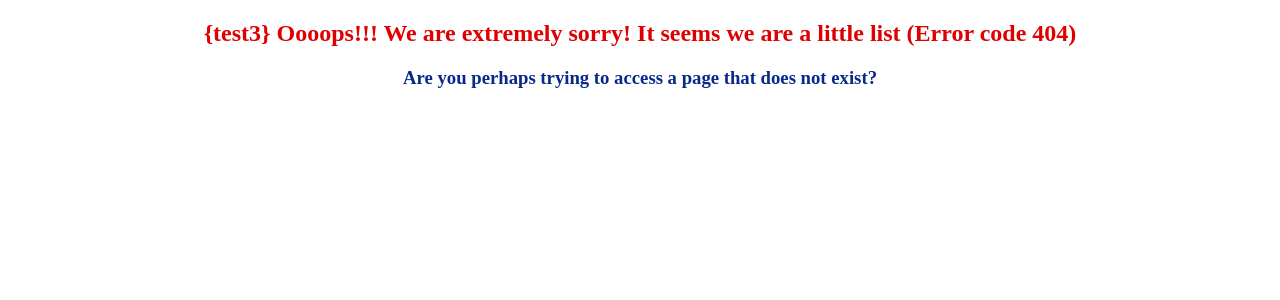
Repository: arrmixer/Java_Spring
Page: http://localhost/spring-mvc-model-attribute-demo/WEB-INF/views/fallback.jsp
The author's editor kept a copy of each file at every save. The page is drawn from the files as they stood at one save, then again after the next save.
The browser window is 1280 px wide. The pictures show the whole page.
The page is served by Tomcat 9. Nobody is signed in. Other server files are loaded and not shown. The template is opened directly, without the code that normally fills it, so the values that code supplies are empty.

Above is the page before, as saved 2017-07-24 17:51:38.

### spring-mvc-model-attribute-demo/WebContent/WEB-INF/views/fallback.jsp
<%@ page language="java" contentType="text/html; charset=UTF-8"
    pageEncoding="UTF-8"%>
<!DOCTYPE html PUBLIC "-//W3C//DTD HTML 4.01 Transitional//EN" "http://www.w3.org/TR/html4/loose.dtd">
<html>
<head>
<meta http-equiv="Content-Type" content="text/html; charset=UTF-8">
<title>Opps!!!</title>
	<style>
		h2, h3 {
			color: #DF0101;
			text-align: center
		}
	</style>
</head>
<body>
	<h2>{test3} Oooops!!! We are extremely sorry! It seems we are a little list (Error code 404)</h2>
	<h3 style="color:#08298A">Are you perhaps trying to access a page that does not exist?</h3>
</body>
</html>

After the next save:
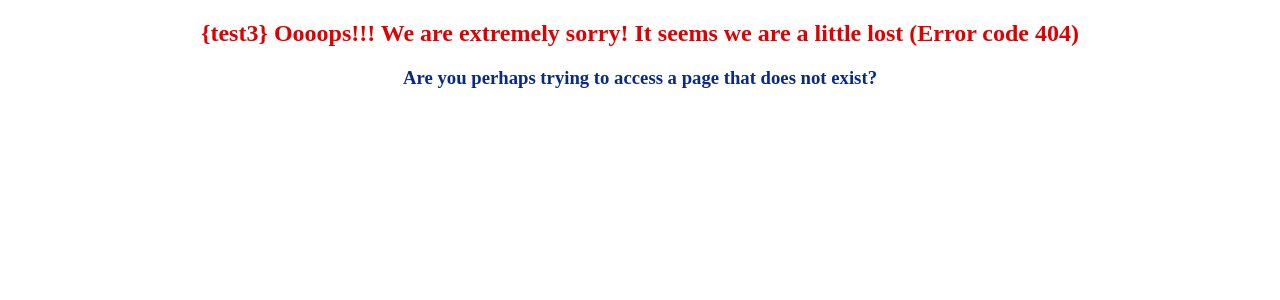
Saved 2 min 2 s later.
--- a/spring-mvc-model-attribute-demo/WebContent/WEB-INF/views/fallback.jsp
+++ b/spring-mvc-model-attribute-demo/WebContent/WEB-INF/views/fallback.jsp
@@ -13,7 +13,7 @@
 	</style>
 </head>
 <body>
-	<h2>{test3} Oooops!!! We are extremely sorry! It seems we are a little list (Error code 404)</h2>
+	<h2>{test3} Oooops!!! We are extremely sorry! It seems we are a little lost (Error code 404)</h2>
 	<h3 style="color:#08298A">Are you perhaps trying to access a page that does not exist?</h3>
 </body>
 </html>
